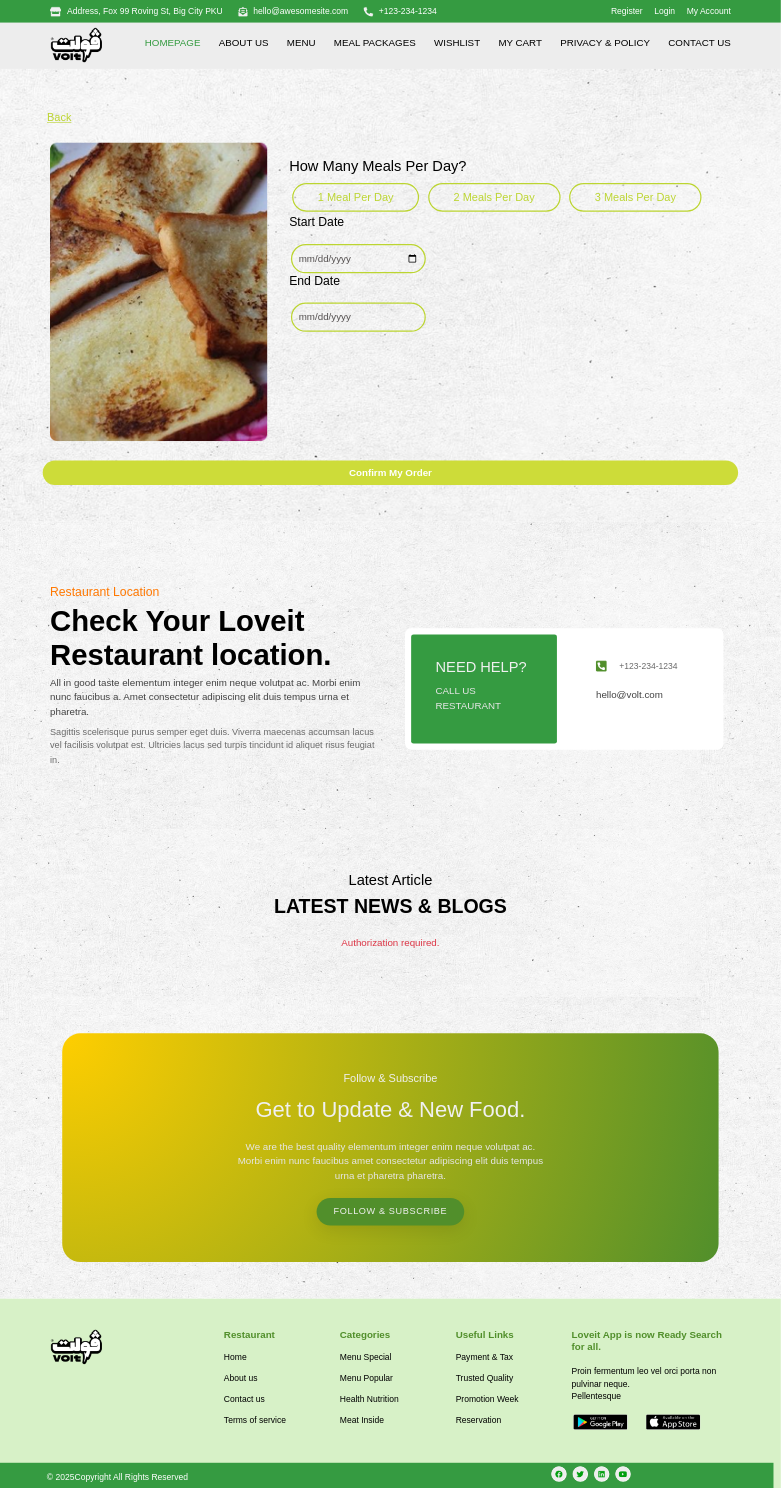
Repository: junivig/volt-new-project
Page: meal-packages-detail.html
The author's editor kept a copy of each file at every save. The page is drawn from the files as they stood at one save, then again after the next save.
The browser window is 1280 px wide. The pictures show the whole page, at 61% of full size.

Above is the page before, as saved 2025-02-26 19:01:27.

### meal-packages-detail.html
<!DOCTYPE html>
<html lang="en">

<head>
  <meta charset="utf-8">
  <meta content="width=device-width, initial-scale=1.0" name="viewport">
  <title>Meal Packages Detail - Voltfood</title>
  <meta name="description" content="">
  <meta name="keywords" content="">

  <!-- Favicons -->
  <link href="assets/img/favicon.png" rel="icon">
  <link href="assets/img/apple-touch-icon.png" rel="apple-touch-icon">

  <!-- Fonts -->
  <link href="https://fonts.googleapis.com" rel="preconnect">
  <link href="https://fonts.gstatic.com" rel="preconnect" crossorigin>
  <link href="https://fonts.googleapis.com/css2?family=Roboto:ital,wght@0,100;0,300;0,400;0,500;0,700;0,900;1,100;1,300;1,400;1,500;1,700;1,900&family=Raleway:ital,wght@0,100;0,200;0,300;0,400;0,500;0,600;0,700;0,800;0,900;1,100;1,200;1,300;1,400;1,500;1,600;1,700;1,800;1,900&family=Ubuntu:ital,wght@0,300;0,400;0,500;0,700;1,300;1,400;1,500;1,700&display=swap" rel="stylesheet">

  <!-- Vendor CSS Files -->
  <link href="assets/vendor/bootstrap/css/bootstrap.min.css" rel="stylesheet">
  <link href="assets/vendor/bootstrap-icons/bootstrap-icons.css" rel="stylesheet">
  <link href="assets/vendor/aos/aos.css" rel="stylesheet">
  <link href="assets/vendor/glightbox/css/glightbox.min.css" rel="stylesheet">
  <link href="assets/vendor/swiper/swiper-bundle.min.css" rel="stylesheet">
  <link href="https://cdn.jsdelivr.net/npm/bootstrap@5.3.0/dist/css/bootstrap.min.css" rel="stylesheet">
    <script src="https://code.jquery.com/jquery-3.6.0.min.js"></script>
    <script src="https://cdn.jsdelivr.net/npm/bootstrap@5.3.0/dist/js/bootstrap.bundle.min.js"></script>
    <script src="https://cdn.jsdelivr.net/npm/flatpickr"></script>

  <!-- Main CSS File -->
  <link href="assets/css/main.css" rel="stylesheet">
  <script src="assets/js/constant.js"></script>
  <!-- Add Axios CDN -->
  <script src="https://cdn.jsdelivr.net/npm/axios/dist/axios.min.js"></script>

  <!-- =======================================================
  * Template Name: eNno
  * Template URL: https://bootstrapmade.com/enno-free-simple-bootstrap-template/
  * Updated: Aug 07 2024 with Bootstrap v5.3.3
  * Author: BootstrapMade.com
  * License: https://bootstrapmade.com/license/
  ======================================================== -->
</head>

<body class="index-page">

  <header id="header" class="header ">
    <div class="container-fluid  top-header">
      <div class="container-xl">
          <div class="row align-items-center">
              <div class="col-md-8 d-flex align-items-center">
                <nav id="navmenu" class="navmenu">
                  <ul>
                <li class="">
                  <img src="assets/img/location-icon.png" alt="Location Icon" class="icon-right">
                  <span class="top-header-text">Address, Fox 99 Roving St, Big City PKU</span>
              </li>
                <li class="">
                  <img src="assets/img/email-icon.png" alt="Email Icon" class="icon-right">
                  <span class="top-header-text">hello@awesomesite.com</span>
              </li>
              <li class="">
                <img src="assets/img/phone-icon.png" alt="Phone Icon" class="icon-right">
                <span class="top-header-text">+123-234-1234</span>
            </li>
                  </ul>
                </nav>
              </div>
              <div class="col-md-4 text-end">
                  <a href="auth.html" >Register</a>
                  <a href="auth.html">Login</a>
                  <a href="my-account.html">My Account</a>
              </div>
          </div>
        </div>
  </div>
    <div class="container-fluid container-xl position-relative d-flex align-items-center">

      <a href="index.html" class="logo d-flex align-items-center me-auto">

        <img src="assets/img/logo.png" alt="Logo Image">
      </a>

      <nav id="navmenu" class="navmenu">
        <ul>
          <li><a href="index.html" class="active">HOMEPAGE</a></li>
          <li><a href="about.html">ABOUT US</a></li>
          <li><a href="menu.html">MENU</a></li>
          <li><a href="meal-packages.html">MEAL PACKAGES</a></li>
          <li><a href="wishlist.html">WISHLIST</a></li>
          <li><a href="cart.html">MY CART</a></li>
          <li><a href="privacy-and-policy.html">PRIVACY & POLICY</a></li>
          <li><a href="contact.html">CONTACT US</a></li>
          <!-- <li class="dropdown"><a href="#"><span>Dropdown</span> <i class="bi bi-chevron-down toggle-dropdown"></i></a>
            <ul>
              <li><a href="#">Dropdown 1</a></li>
              <li class="dropdown"><a href="#"><span>Deep Dropdown</span> <i class="bi bi-chevron-down toggle-dropdown"></i></a>
                <ul>
                  <li><a href="#">Deep Dropdown 1</a></li>
                  <li><a href="#">Deep Dropdown 2</a></li>
                  <li><a href="#">Deep Dropdown 3</a></li>
                  <li><a href="#">Deep Dropdown 4</a></li>
                  <li><a href="#">Deep Dropdown 5</a></li>
                </ul>
              </li>
              <li><a href="#">Dropdown 2</a></li>
              <li><a href="#">Dropdown 3</a></li>
              <li><a href="#">Dropdown 4</a></li>
            </ul>
          </li> -->
        </ul>
        <i class="mobile-nav-toggle d-xl-none bi bi-list"></i>
      </nav>

      <!-- <a class="btn-getstarted" href="index.html#about">Get Started</a> -->

    </div>
  </header>

  <main class="main">


            <!-- Signature Section -->
            <section id="signature" class="signature section light-background bg-image">
              <a href="meal-packages.html"><button class="btn btn-back">Back</button></a>
              <!-- Section Title -->
              <div class="container section-title" data-aos="fade-up">
              </div><!-- End Section Title -->

              <div class="container">
                <div class="row">
                  <div class="col-lg-4 col-md-4 col-sm-12">
                      <img id="package-image" src="assets/img/meal-package-detail-img.png" alt="Meal Image" class="meal-image">
                  </div>
                  <div class="col-lg-8 col-md-8 col-sm-12 px-4">
                      <h2 id="package-title" class="meal-package-detail-heading"></h2>
                      <p id="package-description" class="meal-package-detail-text"></p>
                      <h2 id="package-amount" class="meal-package-detail-heading"> </h2>

                      <div id="menu-days"></div> <!-- Dynamic Menu Days -->

                      <div class="row mt-4">
    <h4>How Many Meals Per Day?</h4>
    <div id="meal-options">
        <span class="meal-option" data-value="1 Meal Per Day">1 Meal Per Day</span>
        <span class="meal-option" data-value="2 Meals Per Day">2 Meals Per Day</span>
        <span class="meal-option" data-value="3 Meals Per Day">3 Meals Per Day</span>
    </div>

    <br>

    <!-- Start Date -->
    <h5>Start Date</h5>
    <div class="date-picker-container mt-3">
        <input type="date" id="start-date" placeholder="Select Start Date">
    </div>

    <!-- End Date -->
    <h5>End Date</h5>
    <div class="date-picker-container mt-3">
        <input type="date" id="end-date" placeholder="Select End Date" disabled>
    </div>
</div>

<script>
    $(document).ready(function () {
        // Allow only one meal option to be selected at a time
        $(".meal-option").on("click", function () {
            $(".meal-option").removeClass("selected"); // Remove selection from all
            $(this).addClass("selected"); // Select the clicked one
        });

        // Enable end date only after selecting start date
        $("#start-date").on("change", function () {
            let startDate = $(this).val();
            if (startDate) {
                $("#end-date").prop("disabled", false); // Enable end date
                $("#end-date").attr("min", startDate); // Prevent selecting a past date
            } else {
                $("#end-date").prop("disabled", true); // Keep it disabled if no start date
            }
        });
    });
</script>
                  </div>
              </div>
                <div class="row mt-4">
                  <button class="btn btn-meal-details mt-2">Confirm My Order </button>
                </div>
              </div>
            </section><!-- /Signature Section -->

<!-- Location Section -->
<section id="about" class="about section bg-image">
<div class="container">
  <div class="row ">

    <div class="col-lg-6 d-flex flex-column justify-content-center" data-aos="fade-up">
      <h4 class="about-us-text">Restaurant Location</h4>
      <h1>Check Your Loveit Restaurant location.</h1>
      <p>All in good taste elementum integer enim neque volutpat ac. Morbi enim nunc
        faucibus a. Amet consectetur adipiscing elit duis tempus urna et pharetra.</p>

        <span class="about-inner-text">Sagittis scelerisque purus semper eget duis. Viverra maecenas accumsan lacus vel
          facilisis volutpat est. Ultricies lacus sed turpis tincidunt id aliquet risus feugiat in.</span>
      </div>
      <div class="col-lg-6 mt-5" data-aos="zoom-out" data-aos-delay="100">
        <div class="container mt-4">
          <div class="inner-features">
          <div class="row gy-4">
            <div class="col-lg-6 d-flex " data-aos="fade-up" data-aos-delay="100">
              <div class="location-item-inner position-relative">
                <div class="row">
                    <h4 class="location-inner-heading">NEED HELP?</h4>
                    <p class="location-inner-text">CALL US RESTAURANT</p>
                </div>
              </div>
            </div><!-- End Call US Item -->

            <div class="col-lg-6 d-flex" data-aos="fade-up" data-aos-delay="100">
              <div class="location-item-inner-two position-relative">
                <div class="row">

                  <div class="">
                    <img src="assets/img/call-icon.png" alt="Location Icon" class="icon-right">
                    <span class="experience-bullet-text">+123-234-1234</span>
                  </div>
                    <p class="features-inner-text mt-4">hello@volt.com</p>
                </div>
              </div>
            </div><!-- End Call US Item -->

          </div>
        </div>
        </div>
      </div>
    </div>
  </div>
</div>

</section><!-- /Experience Section -->


<!-- News Section -->
<section id="news" class="news section light-background bg-image">
  <!-- Section Title -->
  <div class="container section-title" data-aos="fade-up">
    <h4 class="news-us-text">Latest Article</h4>
    <h2>Latest News & Blogs</h2>
  </div>
  <!-- End Section Title -->
  <div class="container news-container" id="news-container">
    <div class="row gy-4" >
        <!-- Dynamic news will be injected here -->
    </div>
</div>
</section><!-- /News Section -->


<script>
 document.addEventListener("DOMContentLoaded", async function () {
    if (typeof apiBaseUrl === "undefined") {
        console.error("❌ apiBaseUrl is not defined!");
        return;
    }

    const apiUrl = `${apiBaseUrl}packages`;
    const params = new URLSearchParams(window.location.search);
    const packageId = params.get("id");

    // Get token from localStorage
    const token = localStorage.getItem("accessToken");

    if (!packageId) {
        console.error("❌ No package ID found in the URL.");
        return;
    }

    if (!token) {
        console.error("❌ No auth token found.");
        return;
    }

    try {
        const response = await fetch(`${apiUrl}/${packageId}`, {
            headers: {
                "Content-Type": "application/json",
                "Accept": "application/json",
                "Authorization": `Bearer ${token}`
            }
        });

        const responseData = await response.json();
        console.log("📦 Package Data:", responseData);

        if (!response.ok) {
            throw new Error(responseData.message || "Failed to fetch package details");
        }

        const packageInfo = responseData?.data?.package;
        if (!packageInfo) {
            console.warn("⚠️ No package data available.");
            return;
        }

        // Safely update package details
        const titleElement = document.getElementById("package-title");
if (titleElement) {
    titleElement.innerHTML = `<h2>${packageInfo.title || "No title available"}</h2>`;

    const amountElement = document.getElementById("package-amount");
if (amountElement) {
  amountElement.innerHTML = `<h4>Price: SR${packageInfo.amount || "No amount available"}</h4>`;
}
}

        const descriptionElement = document.getElementById("package-description");
        if (descriptionElement) descriptionElement.innerText = packageInfo.description || "No description available";

        const imageElement = document.getElementById("package-image");
if (imageElement) {
    imageElement.src = packageInfo.image ? `${imgBaseUrl}${packageInfo.image}` : "default-image.jpg";
    imageElement.alt = packageInfo.title || "Package Image";
}



        // Show Menu Days
        const menuDaysElement = document.getElementById("menu-days");
        if (menuDaysElement && packageInfo.menu_days) {
            let menuHtml = "";
            packageInfo.menu_days.forEach(day => {
                menuHtml += `
                    <div class="menu-day">
                        <h3 class="meal-package-detail-heading" >${day.day}</h3>
                        <ul class="meal-package-detail-text">
                            <li><strong>Breakfast:</strong> ${day.breakfast || 'N/A'}</li>
                            <li><strong>Lunch:</strong> ${day.lunch || 'N/A'}</li>
                            <li><strong>Dinner:</strong> ${day.dinner || 'N/A'}</li>
                        </ul>
                    </div>
                `;
            });
            menuDaysElement.innerHTML = menuHtml;
        }
    } catch (error) {
        console.error("🔥 Error fetching package data:", error.message);
    }
});

</script>


<!-- API News & Testimonial Implementation -->
<script>
  document.addEventListener("DOMContentLoaded", async function () {
      const token = localStorage.getItem("accessToken");

      // API URLs
      const newsApiUrl = `${apiBaseUrl}news`;
      const testimonialsApiUrl = `${apiBaseUrl}testimonials`;

      // DOM Elements
      const newsContainer = document.getElementById("news-container")?.querySelector(".row");
      const testimonialWrapper = document.getElementById("testimonial-wrapper");

      // Ensure containers exist
      if (!newsContainer) console.error("Error: news-container not found.");
      if (!testimonialWrapper) console.error("Error: testimonial-wrapper not found.");

      // Fetch Data Function
      async function fetchData(url, container, renderFunction) {
          try {
              if (!token) {
                  console.error("Error: No access token found!");
                  container.innerHTML = "<p class='text-center text-danger'>Authorization required.</p>";
                  return;
              }

              const response = await fetch(url, {
                  method: "GET",
                  headers: {
                      "Content-Type": "application/json",
                      "Accept": "application/json",
                      "Authorization": `Bearer ${token}`
                  }
              });

              const data = await response.json();
              if (data.status === 200) {
                  renderFunction(data.data);
              } else {
                  console.error("Failed to fetch data:", data.message);
                  container.innerHTML = "<p>Unable to load content at the moment.</p>";
              }
          } catch (error) {
              console.error("Error fetching data:", error);
              container.innerHTML = "<p>An error occurred while loading content.</p>";
          }
      }

      // Render News Function
      function renderNews(newsData) {
          newsContainer.innerHTML = "";
          newsData.news.forEach(item => {
              const newsHtml = `
                  <div class="col-lg-4 col-md-4 col-sm-12 mb-4">
                      <div class="news-item position-relative">
                          <div>     <img src="${imgBaseUrl}${item.image}"  alt="${item.title}"   style="width: 100%;"></div>
                          <div class="mt-3 px-3">
                              <img src="assets/img/calendar-icon.png" alt="Calendar Icon" class="icon-right">
                              <span class="news-date-text">March 17, 2022</span>
                          </div>
                          <h3 class="px-3 mt-2">${item.name}</h3>
                          <p class="px-3 mt-2">${item.description.substring(0, 150)}...</p>
                      </div>
                  </div>
              `;
              newsContainer.insertAdjacentHTML("beforeend", newsHtml);
          });
      }

      // Render Testimonials Function
      function renderTestimonials(testimonialsData) {
          testimonialWrapper.innerHTML = "";
          testimonialsData.testimonials.forEach(testimonial => {
              const testimonialHtml = `
                  <div class="swiper-slide">
                      <div class="testimonial-item">
                          <div class="testimonial-item-bg">
                              <p>
                                  <img src="assets/img/testimonials/testimonial-symbol.png" class="image-fluid" alt="">
                                  <br><br>
                                  <span>${testimonial.description}</span>
                              </p>
                          </div>
                          <img src="${imgBaseUrl}${testimonial.image}"  alt="${testimonial.title}" style="margin-top:-30px;" >
                          <h3>${testimonial.name}</h3>
                          <h4>${testimonial.designation}</h4>
                      </div>
                  </div>
              `;
              testimonialWrapper.insertAdjacentHTML("beforeend", testimonialHtml);
          });

          // Reinitialize Swiper
          new Swiper(".init-swiper", {
              loop: true,
              speed: 600,
              autoplay: { delay: 5000 },
              slidesPerView: 3,
              spaceBetween: 40,
              pagination: {
                  el: ".swiper-pagination",
                  type: "bullets",
                  clickable: true
              },
              breakpoints: {
                  320: { slidesPerView: 1, spaceBetween: 20 },
                  768: { slidesPerView: 2, spaceBetween: 30 },
                  1200: { slidesPerView: 3, spaceBetween: 40 }
              }
          });
      }

      // Fetch News & Testimonials
      if (newsContainer) fetchData(newsApiUrl, newsContainer, renderNews);
      if (testimonialWrapper) fetchData(testimonialsApiUrl, testimonialWrapper, renderTestimonials);
  });
</script>

  </main>

 <!-- /Subscribe Footer Section -->
  <!-- Footer will be loaded here -->
  <div id="footer-placeholder"></div>

  <script>
    // Load footer.html into the placeholder div
    fetch("footer.html")
        .then(response => response.text())
        .then(data => {
            document.getElementById("footer-placeholder").innerHTML = data;
        })
        .catch(error => console.error("Error loading footer:", error));
</script>

  <!-- Scroll Top -->
  <a href="#" id="scroll-top" class="scroll-top d-flex align-items-center justify-content-center"><i class="bi bi-arrow-up-short"></i></a>

  <!-- Preloader -->
  <div id="preloader"></div>

  <!-- Vendor JS Files -->
  <script src="assets/vendor/bootstrap/js/bootstrap.bundle.min.js"></script>
  <script src="assets/vendor/php-email-form/validate.js"></script>
  <script src="assets/vendor/aos/aos.js"></script>
  <script src="assets/vendor/glightbox/js/glightbox.min.js"></script>
  <script src="assets/vendor/purecounter/purecounter_vanilla.js"></script>
  <script src="assets/vendor/imagesloaded/imagesloaded.pkgd.min.js"></script>
  <script src="assets/vendor/isotope-layout/isotope.pkgd.min.js"></script>
  <script src="assets/vendor/swiper/swiper-bundle.min.js"></script>

  <!-- Main JS File -->
  <script src="assets/js/main.js"></script>

</body>

</html>

Loaded but not shown: assets/vendor/bootstrap/css/bootstrap.min.css (library); assets/vendor/bootstrap-icons/bootstrap-icons.css (library); assets/vendor/aos/aos.css (library); assets/vendor/glightbox/css/glightbox.min.css (library); assets/vendor/swiper/swiper-bundle.min.css (library); assets/vendor/bootstrap/js/bootstrap.bundle.min.js (library); assets/vendor/php-email-form/validate.js (common file); assets/vendor/aos/aos.js (library); assets/vendor/glightbox/js/glightbox.min.js (library); assets/vendor/purecounter/purecounter_vanilla.js (library); assets/vendor/imagesloaded/imagesloaded.pkgd.min.js (library); assets/vendor/isotope-layout/isotope.pkgd.min.js (library); assets/vendor/swiper/swiper-bundle.min.js (library); assets/js/main.js (209 lines, source omitted); assets/js/constant.js (3 lines, source omitted); assets/css/main.css (2883 lines, source omitted); footer.html (93 lines, source omitted)

After the next save:
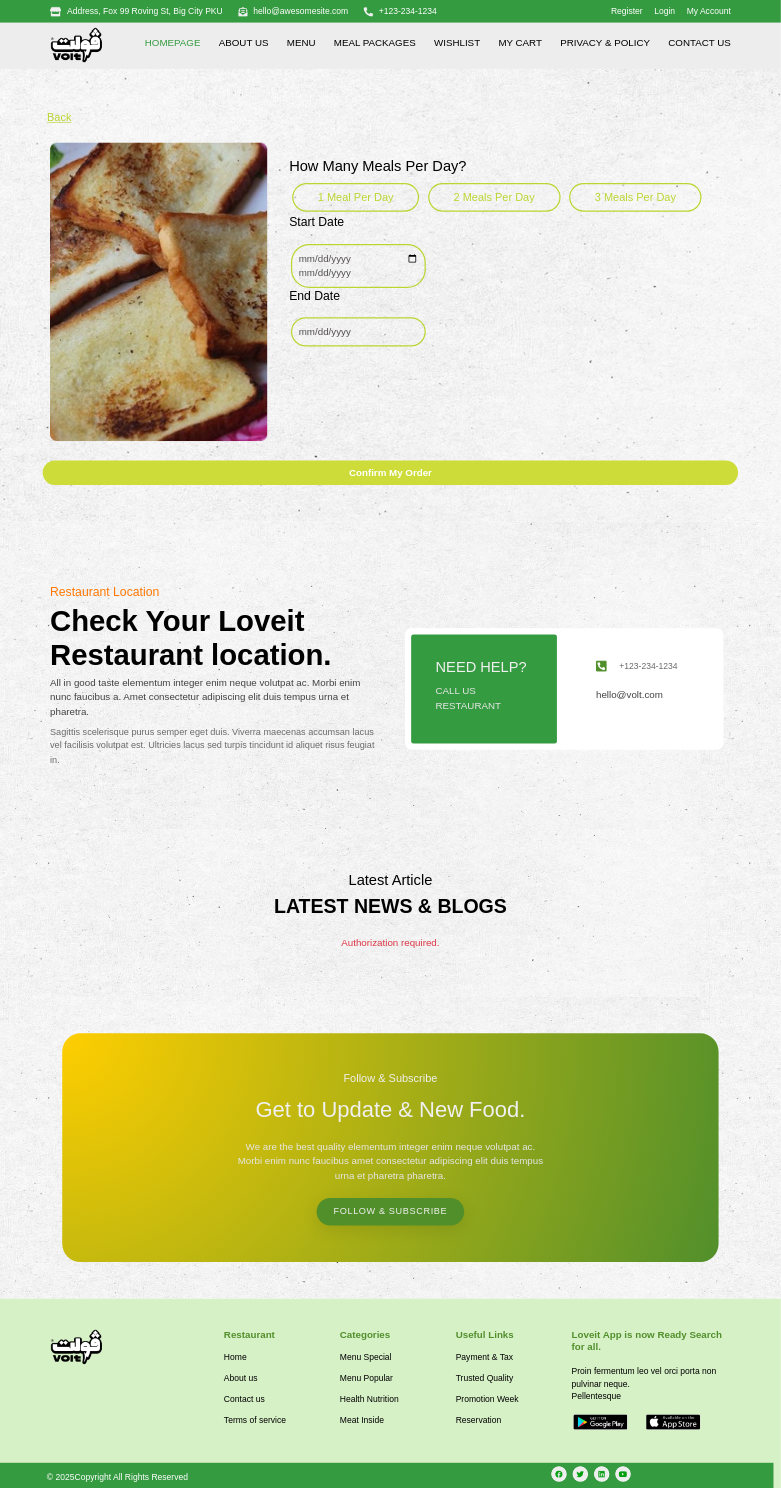
Saved 23 s later.
--- a/meal-packages-detail.html
+++ b/meal-packages-detail.html
@@ -154,6 +154,8 @@
     <h5>Start Date</h5>
     <div class="date-picker-container mt-3">
         <input type="date" id="start-date" placeholder="Select Start Date">
+        <input type="date" id="end-date" placeholder="Select End Date" disabled>
+
     </div>
 
     <!-- End Date -->
